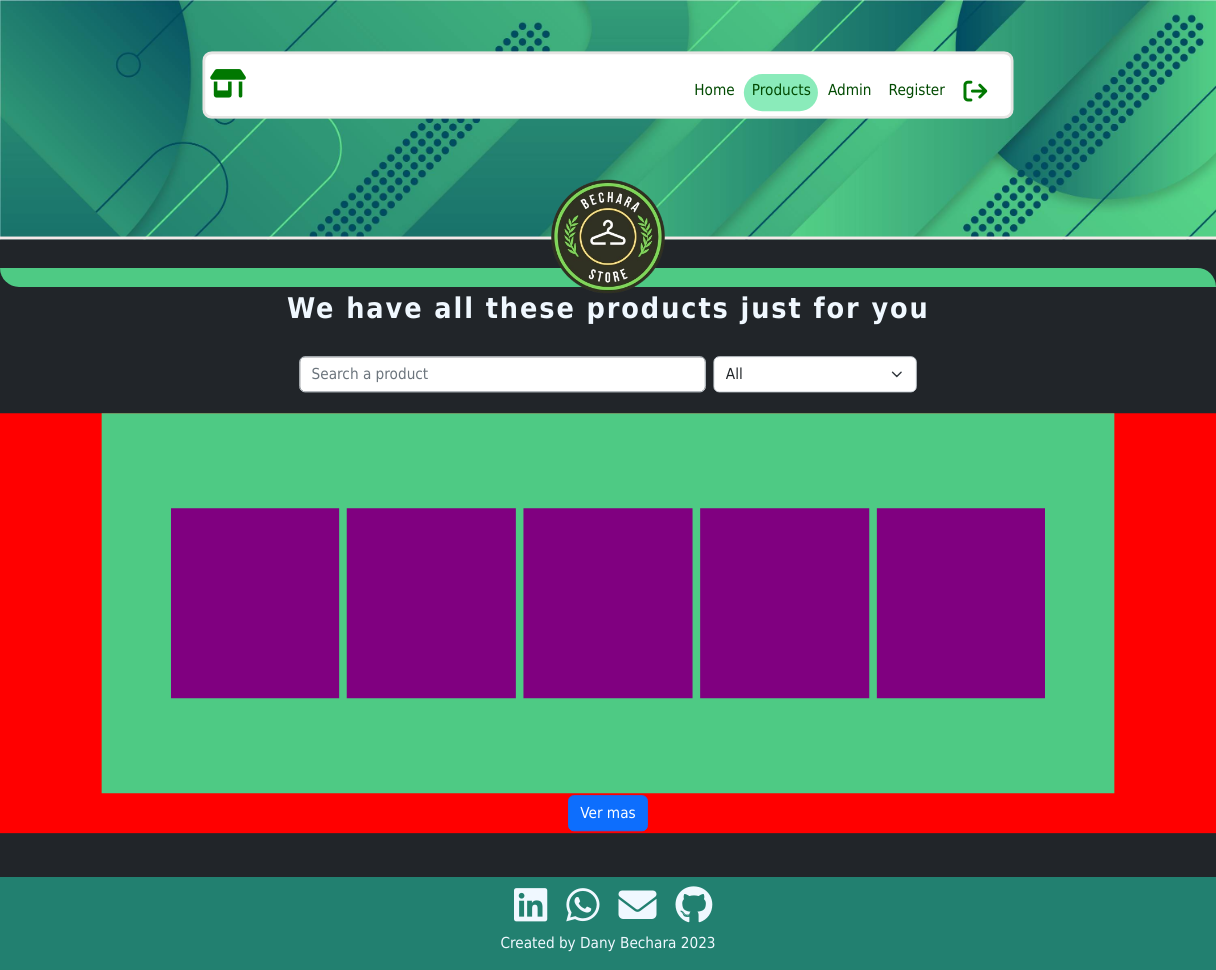
Repository: bechara611/becharastore
Page: /Products
The author's editor kept a copy of each file at every save. The page is drawn from the files as they stood at one save, then again after the next save.
The browser window is 1280 px wide. The pictures show the whole page, at 95% of full size.
Backgrounds fixed to the window are drawn as part of the page. The project was rebuilt for these pictures with package versions that can differ from the ones it lists, and the page was loaded fresh each time. Some packages were replaced by stand-ins written for this rebuild. Also part of the build but not shown: src/hooks/useAuth.jsx, src/hooks/useForm.jsx, src/Auth/components/LoginAndRegister.css, src/Auth/components/Login.jsx, src/Auth/components/Register.jsx, src/UI/helper/ElementoActivo.js, src/UI/Components/FormularioContacto.css, src/UI/Components/FormularioContacto.jsx and 1 more.

Above is the page before, as saved 2023-02-02 08:59:59.

### public/index.html
<!DOCTYPE html>
<html lang="en">
  <head>
    <meta charset="utf-8" />
    <link rel="icon" href="%PUBLIC_URL%/favicon.ico" />
    <meta name="viewport" content="width=device-width, initial-scale=1" />
    <meta name="theme-color" content="#000000" />
    <meta
      name="description"
      content="Web site created using create-react-app"
    />
    <link rel="apple-touch-icon" href="%PUBLIC_URL%/logo192.png" />
    <link rel="preconnect" href="https://fonts.googleapis.com">
    <link rel="stylesheet" href="https://cdnjs.cloudflare.com/ajax/libs/font-awesome/6.2.1/css/all.min.css" integrity="sha512-MV7K8+y+gLIBoVD59lQIYicR65iaqukzvf/nwasF0nqhPay5w/9lJmVM2hMDcnK1OnMGCdVK+iQrJ7lzPJQd1w==" crossorigin="anonymous" referrerpolicy="no-referrer" />
<link rel="preconnect" href="https://fonts.gstatic.com" crossorigin>
<link rel="preconnect" href="https://fonts.googleapis.com">
<link rel="preconnect" href="https://fonts.gstatic.com" crossorigin>
<link href="https://fonts.googleapis.com/css2?family=Montserrat:ital,wght@0,100;0,200;0,300;0,400;0,500;0,600;0,700;0,800;0,900;1,100;1,200;1,300;1,500;1,700;1,800;1,900&family=Shadows+Into+Light&display=swap" rel="stylesheet">
<link rel="stylesheet"href="https://fonts.googleapis.com/css?family=Roboto:300,400,500,700&display=swap"/>
<!--
      manifest.json provides metadata used when your web app is installed on a
      user's mobile device or desktop. See https://developers.google.com/web/fundamentals/web-app-manifest/
    -->
    <link rel="manifest" href="%PUBLIC_URL%/manifest.json" />
    <!--
      Notice the use of %PUBLIC_URL% in the tags above.
      It will be replaced with the URL of the `public` folder during the build.
      Only files inside the `public` folder can be referenced from the HTML.

      Unlike "/favicon.ico" or "favicon.ico", "%PUBLIC_URL%/favicon.ico" will
      work correctly both with client-side routing and a non-root public URL.
      Learn how to configure a non-root public URL by running `npm run build`.
    -->

<link href="https://cdn.jsdelivr.net/npm/bootstrap@5.2.3/dist/css/bootstrap.min.css" rel="stylesheet" >


  </head>
  <body>
    <noscript>You need to enable JavaScript to run this app.</noscript>
    <div id="root"></div>
    <!--
      This HTML file is a template.
      If you open it directly in the browser, you will see an empty page.

      You can add webfonts, meta tags, or analytics to this file.
      The build step will place the bundled scripts into the <body> tag.

      To begin the development, run `npm start` or `yarn start`.
      To create a production bundle, use `npm run build` or `yarn build`.
    -->
    <script src="https://cdn.jsdelivr.net/npm/bootstrap@5.2.3/dist/js/bootstrap.bundle.min.js" integrity="sha384-kenU1KFdBIe4zVF0s0G1M5b4hcpxyD9F7jL+jjXkk+Q2h455rYXK/7HAuoJl+0I4" crossorigin="anonymous"></script>
  </body>

</html>

### src/index.css

:root {
    --verde1: rgb(2, 74, 2);
    --verde2:rgb(1, 120, 1);
    --verde3:rgb(23, 215, 119,.5);
    --verde4:rgba(78,202,132,255);
    --verde5:rgba(34,128,112,255);
  }


*{
    color: aliceblue;
    /* font-family: 'Montserrat', sans-serif; */
    font-family: 'Droid Sans', Tahoma, Geneva, Verdana, sans-serif;

}

.fondito{
    background: red;
}
.fondito2{
    background: purple;
}

### src/App.jsx
import React, { useEffect } from 'react'
import { Caparazon } from './UI/Components/Caparazon'
import { ContenedorPrincipal } from './UI/Components/ContenedorPrincipal'
import { Header } from './UI/Components/Header'
import { Footer } from './UI/Components/Footer'
import { MainCuerpo } from './UI/Components/MainCuerpo'
import { useDispatch, useSelector } from 'react-redux'
import { onResetError } from './UI/slice/uiSlice'
import Swal from 'sweetalert2'
export const App = () => {
  const uiEstado = useSelector((state)=>state.ui)
  const dispatch = useDispatch()
  useEffect(() => {
    if(uiEstado.error!==null){
      console.log(uiEstado.error)
      Swal.fire('Error',uiEstado.error,'error')
      dispatch(onResetError())

    }
  // eslint-disable-next-line react-hooks/exhaustive-deps
  }, [uiEstado.error])

  return (
    <>
      {/*Primero el caparazon de la pagina, que es un div que tiene un 100vh de altura, el cual en el obtiene a sus children:
    esto children son el Header ocupando el 30vh y el Contenedor Principal ocupando el 70vh restante.
  */}
      <Caparazon>
        <Header></Header>
        <ContenedorPrincipal> {/*El contenedor principal a su vez lleva sus hijos dos elementos, el footer que le pusimos absolute para ubicarlo de ultimo y el MainCuerpo que tienes las rutas */}
          <MainCuerpo></MainCuerpo>{/*Este MainCuerpo tiene las rutas de la aplicacion, es el main de la pagina y lo que va a cambiar dependiendo donde estemos */}


          <Footer></Footer>  {/*Este es el footer que utilizamos para el pie de pagina, tiene posicion absolute como dije anteriormnete */}
        </ContenedorPrincipal>


      </Caparazon>
    </>

  )
}

### src/store/Store.jsx
import { configureStore } from "@reduxjs/toolkit"
import authSlice from "../Auth/slice/authSlice"
import uiSlice from "../UI/slice/uiSlice"


export const store= configureStore({
    reducer:{
        auth:authSlice.reducer,
        ui:uiSlice.reducer
    },
    middleware:(getDefaultMiddleware)=>{
        return getDefaultMiddleware({serializableCheck:false})
    }
})

### src/UI/Components/Caparazon.jsx
import React from 'react'
import './Caparazon.css'
export const Caparazon = ({ children }) => {
    return (
        <>
{/*Caparazon princiapal donde el mismo tiene un flex en colum, adentro tiene sus hijos que son un div que
ocupe el 70vh donde eesta todo lo demas y el 30vh primero es del header */}
            <div className='caparazonPrincipal bg-dark'>

                {children}

            </div>
        </>
    )
}

### src/UI/Components/ContenedorPrincipal.jsx
import React from 'react'
import './ContenedorPrincipal.css'
export const ContenedorPrincipal = ({ children }) => {
  return (
    <div className='ContenedorPrincipal'>
    {/*Aca de hijos tendran las rutas para verse en el medio y el footer, este tiene un position relative para que su hijo footer pueda
  ubicarse en la parte de abajo */}
      {children}
    </div>
  )
}

### src/UI/Components/Header.jsx
import React from 'react'
import './Header.css'
import { MenuNavbar } from './MenuNavbar'
import brand from './../../img/brand2.png'


export const Header = () => {
  return (
    <>
      {/*El header ocupa el 30vh de la pagina, el primer div lo tiene, aca se incorpora el nav y el logo. */}
      <div className="header">
        <div className="col-12">


          <MenuNavbar></MenuNavbar>
          <div className="row">
            <div className="col-12 filaLogoHeader">
              <img src={brand} className='brand animate__animated animate__flip' id='brand' alt="brand" />

            </div>
          </div>

        </div>

      </div>



    </>
  )
}

### src/UI/Components/Footer.jsx
import React from 'react'
import './Footer.css'


let linkdn="https://linkedin.com/in/DanyBechara";
let correo="mailto:bechara611@gmail.com";
let blank='_blank';
let github='https://github.com/bechara611';
let whatssap='https://wa.me/584120361952';

export const Footer = () => {
  return (
    <>
      {/*Aca este footer le estamos colocando una posicion absolute y a su padre relativa para poder ubicarlo al final de su div padre */}
      <div className="footer col-12 mt-5 pt-1">
      <a href={linkdn} target={blank} className='animate__animated animate__lightSpeedInLeft'><i className=" linkdin fa-brands fa-linkedin iconoRedes"></i></a>
      <a href={whatssap} target={blank}  className='animate__animated animate__lightSpeedInLeft'><i className="whatssap fa-brands fa-whatsapp iconoRedes"></i></a>
      <a href={correo} target={blank}  className='animate__animated animate__lightSpeedInLeft'><i className="gmail fa-solid  fa-envelope iconoRedes"></i></a>
      <a href={github} target={blank}  className='  animate__animated animate__lightSpeedInLeft'><i className=" github fa-brands fa-github iconoRedes"></i></a>

     <div className="col-12 contenedor-mensaje-footer mt-1">
     <div className="col-12 contenedor-mensaje-footer">
     <p className='mensaje'>Created by Dany Bechara {new Date().getFullYear().toString()}</p>
     </div>

     </div>
      </div>
    </>

  )
}

### src/UI/Components/MainCuerpo.jsx
import React from 'react'
import { RouterApp } from '../../router/Routes'
import './MainCuerpo.css'

export const MainCuerpo = () => {

  return (
    <>
    {/*Aca se guardan las rutas como tal de la aplicacion y es llamado adentro de contenedorPrincipal */}
    <RouterApp></RouterApp>
    <div className='mb-5 pb-5'></div>
    </>
    )
}

### src/UI/slice/uiSlice.jsx
const { createSlice } = require("@reduxjs/toolkit");

const initialState={
    error:null
}
const uiSlice = createSlice({
    name:'ui',
    initialState,
    reducers:{//este reducer es para activar o desactivar un error siempre en pantalla dependiendo si cambia el estado, el mismo
        //activa una funcion que se encuentra en el archivo App.jsx, donde mostrar una ventana emergente de error en caso de que no sea null y al mismo tiempo por alla la desactiva
              // dispatch(onAsignarError({error:'Esto es un error desde el nav'}))
        onAsignarError:(state,action)=>{
            state.error=action.payload.error
        },
        onResetError:(state,action)=>{
            state.error=null
        }
    }
})

export default uiSlice;
export const {onAsignarError,onResetError} = uiSlice.actions;

### src/Auth/slice/authSlice.jsx
import { createSlice } from "@reduxjs/toolkit";

const initialState = {
    user: {
        token: 'abc123',
        _id: 1,
        name: 'Dany',
        email: 'Bechara611@gmail.com',
        level: 'admin'
    },
    status: 'logueado',
    initialDate: new Date()
}

const authSlice = createSlice({
    name: 'auth',
    initialState,
    reducers: {
        MostrarEnConsola: (state, action) => {
            console.log('Hola mundo')
        },
        onLogout: (state, action) => {

            state.status = 'no-logueado'
            state.user = {
                token: null,
                _id: null,
                name: null,
                email: null,
                level: null
            }
            state.initialDate = null;
        },
        onLogin: (state, {payload}) => {
             state.user = {
                 token: payload.token,
                 _id: payload._id,
                 name: payload.name,
                 email: payload.email,
                 level: payload.level
             }
            state.status = 'logueado'
            state.initialDate = new Date();
        },

    },

})

export const { MostrarEnConsola, onLogout, onLogin } = authSlice.actions;
export default authSlice

### src/UI/Components/Caparazon.css
/*Estilos del caparazon como tal principal*/
    /*Aca colocamos que el caparazonPrincipal ocupa toda la pantalla, y una direccion en column para que el header sea de 30vh y el resto el otro div  */
.caparazonPrincipal{
    display: flex;
    flex-direction: column;
    justify-content: space-between;
    min-height: 100vh;
  overflow-x: hidden;
  overflow-y: visible;
}

### src/UI/Components/ContenedorPrincipal.css
/*Aca al contenedor ponemos positionRelative para que el footer pueda tener una posicion absoluta y se pueda posicionar al final*/
.ContenedorPrincipal{
    min-height: 65vh;

    position: relative;
}

### src/UI/Components/Header.css
.header {
    display: flex;
    background: rgb(157, 240, 194) url("./../../img/Header2.jpg");
    background-color: rgb(18, 18, 18);
    background-repeat: no-repeat;
    background-attachment: fixed;
    background-size: cover;
    background-position: top center;
    min-height: 30%;
    height: 35vh;
    max-height: 35vh;
    width: 100%;
    min-width: 100%;
    position: relative;
    border-bottom: 3px solid rgb(244, 233, 233);
}

/*Aca estoy posicion en el medio el logo como tal del header y luego abajo le pongo una posicion absolute para moverlo*/
.filaLogoHeader {
    display: flex;
    flex-direction: row;
    justify-content: center;

}

.brand {
    width: 150px;
    height: 150px;
    max-height: 150px;
    max-width: 150px;
    min-height: 150px;
    position: absolute;
    bottom: -30%;
  z-index: 1000;

}

/*?RESPONSIVE*/


@media(max-width:500px){

    .brand {
        width: 100px;
        height:100px;
        max-height: 100px;
        max-width: 100px;
        min-height: 10px;
        position: absolute;
        z-index: 1;
        bottom: -20%;

    }
}

### src/UI/Components/MenuNavbar.jsx
import React, { useEffect } from 'react'
import { useDispatch, useSelector } from 'react-redux';
import { NavLink } from 'react-router-dom';
import { onLogout } from '../../Auth/slice/authSlice';
import { Animacionlogo } from '../helper/AnimacionAlLogo';

import './MenuNavbar.css'

export const MenuNavbar = () => {
    const authEstado = useSelector((state)=>state.auth);
    useEffect(() => {
        /**Esta parte es para colocarle al nombre del boton register cuando los dispositivos sean pequenos */
        if (window.screen.width < 350) {
            const boton = document.getElementById('navLogout');
            boton.innerHTML = 'Logout'
        }

    }, [])
    const dispatch = useDispatch();
    return (
        <>
            {/**Aca va el navBar de la aplicacion que tendra el menu */}
            <div className="col-12 contenedor-nav">
                <nav className="navbar navbar-expand-md  menunav col-8 ">


                  <NavLink to={'/'}> <i className="fa-solid fa-shop marca"></i></NavLink>


                    <button
                        className="navbar-toggler"
                        type="button"
                        data-bs-toggle="collapse"
                        data-bs-target="#navbarNavAltMarkup"
                        aria-controls="navbarNavAltMarkup"
                        aria-expanded="false"
                        aria-label="Show / Hide Menu"
                    >
                        <span className="navbar-toggler-icon"></span>
                    </button>
                    <div className="collapse navbar-collapse mt-3" id="navbarNavAltMarkup">
                        <div className="navbar-nav col-12  contenedor-interno-nav">
                            <NavLink className={ ({isActive}) => `nav-item nav-link  ${ isActive ? 'activeLink':'' }` } to={'/'} onClick={()=>Animacionlogo()}>
                            Home</NavLink>

                            <NavLink className={ ({isActive}) => `nav-item nav-link  ${ isActive ? 'activeLink':'' }` } to={'/Products'} onClick={()=>Animacionlogo()}>Products</NavLink>
                            <NavLink className={ ({isActive}) => `nav-item nav-link  ${ isActive ? 'activeLink':'' }` } to={'/admin'} onClick={()=>Animacionlogo()}>Admin</NavLink>
                            <NavLink className={ ({isActive}) => `nav-item nav-link  ${ isActive ? 'activeLink':'' }` } to={'/Register'} onClick={()=>Animacionlogo()}>Register</NavLink>
                            {
                                authEstado.status==='logueado' ?
                                <NavLink id='navLogout' className={ ({isActive}) => `nav-item nav-link ` } to={'/'} onClick={()=>{Animacionlogo()
                                    dispatch(onLogout())

                                    }}> <i title='Logout' className="fa-solid fa-arrow-right-from-bracket logout-icono"></i></NavLink>

                             :
                              <>
                              <NavLink className={ ({isActive}) => `nav-item nav-link   ${ isActive ? 'activeLink':'' }` } to={'/auth'} onClick={()=>Animacionlogo()}>Login</NavLink>
                              </>
                            }


                            </div>
                    </div>
                </nav>
            </div>
        </>
    )
}

### src/UI/Components/Footer.css
.footer{

    background: var(--verde5);
    position: absolute;
    bottom: 0%;
    display: flex;
    flex-direction: row;
    justify-content: center;
    text-align: center;
    align-items: center;
    justify-items: center;
 flex-wrap: wrap;

}

.iconoRedes{
    font-size: 40px;
    padding-left: 10px;
    margin: 5px;
}

.github:hover{
    color: #6e5494;

}

.whatssap:hover{
color: #25d366;
}

.gmail:hover{
color:#cc0000;
}
.linkdin:hover{
color:#00a0dc;
}

.contenedor-mensaje-footer{
    display: flex;
    flex-direction: row;
    justify-content: center;
    text-align: center;
    align-items: center;
    justify-items: center;
}

/*?RESPONSIVE*/

@media(max-width:255px){
    .iconoRedes{
        font-size: 30px;
        padding-left: 5px;
    }
    .mensaje{
        font-size: 10px;
    }
}

### src/router/Routes.jsx
import React from 'react'
import { Navigate, Route, Routes } from 'react-router-dom'
import { Login } from '../Auth/components/Login'
import { Register } from '../Auth/components/Register'
import { ListadoProductos } from '../Products/components/ListadoProductos'
import { Home } from '../UI/Components/Home'

/*Este componente es nuestro router, que segun la URL donde estemos mostrada:
1) Una pagina Home
2) Pagina de registro
3) Pagina de login
4) Pagina de Productos
*/

export const RouterApp = () => {
  return (
    <Routes>
    <Route path='/' element={<Home></Home>}></Route>
    <Route path='/auth' element={<Login></Login>}></Route>
    <Route path='/Register' element={<Register></Register>}></Route>
    <Route path='/Products' element={<ListadoProductos></ListadoProductos>}></Route>
    <Route path='/admin' element={<h1>Admin</h1>}></Route>
    <Route path='/*' element={<Navigate to={'/'}></Navigate>}></Route>
    </Routes>
  )
}

### src/UI/Components/MenuNavbar.css
.contenedor-nav {
    position: fixed;
    display: flex;
    flex-direction: row;
    justify-content: center;
    align-self: center;
    align-items: center;
    position: absolute;
    bottom: 50%;
    z-index: 2;

}
.marca{
 font-size: 30px;
 color: black;
 color: var(--verde2);
 padding-right: 10px;

}
.marca:hover{
    color: var(--verde5);
}
.logout-icono{
    font-size: 25px;
    color: black;
    color: var(--verde2);
    padding-right: 10px;

   }
.logout-icono:hover{
    color: var(--verde5);
}

.menunav {
    background: rgba(255, 255, 255, 1);
    border-radius: 10px;
    padding: 5px;
    border: 3px solid rgba(205, 204, 200, 0.5);
    flex-wrap: wrap;
    display: flex;

}

/*Esta parte es el contenedor que tiene el navbar de los navLink es decir, menu como tal.
Estoy diciendo que normalmente estaran a la derecha.
*/
.contenedor-interno-nav {
    display: flex;
    flex-direction: row;
    justify-content: flex-end;
    flex-wrap: wrap;

}
/*Diseno a los links como tal*/
.nav-link{
    margin-left: 2px;
    color: var(--verde1);
    font-weight: 400;
    background: rgb(44, 232, 138,0);
    border-radius: 30px;
    padding: 5px;

}
.nav-link:hover{
   color: var(--verde2)

}
.activeLink{  background: var(--verde3);
    border-radius: 30px;}

/**-----------------------------------------------------------------------------*/

/*?RESPONSIVE*/

/*Para este apartado cuando llegue a cierto tamaño como tal el nav se pondra mas abajo para que al darle al boton se abra y se pueda apreciar y no quede muy arriba*/
@media(max-width:500px) {
    .contenedor-nav {
       position: sticky;

    }
    /*Aca haces que el navBar tenga todo el tamaño al llegar a dispositivos pequeños*/
    .menunav {
        width: 100%;

    }
}

/*SERIE DE RESPONSIVES A LOS PADDING DE LAS OPCIONES DEL MENU*/

@media(max-width:375px){
    .nav-link{
        margin-left: 5px;
    }
}

@media(max-width:262px){
    .nav-link{
        margin-left: 10px;
    }
    .menunav{
        justify-content: center;
        text-align: center;
        align-items: center;
        align-self: center;
    }
}

/*Necesidad de que el nav el menu se pongan o separados o uno debajo del otro cuando se active el boton del collapse*/
@media(max-width:992px) {
    .contenedor-interno-nav {
        justify-content: space-around;
    }
}

### src/Products/components/ListadoProductos.css
.separador2{
    color: var(--verde4);
    background-color: var(--verde4);
    height: 20px;
    margin-top: 30px;
    margin-bottom: 5px;
    border-end-start-radius: 100px;
    border-top-right-radius: 100px;

}

.contenedor-busqueda{
    display: flex;
    flex-direction: row;
    justify-content: center;
    align-items: center;

    margin-top: 10px;
    padding: 10px;
}


.opcionSelect{
    color: black;
}

.contenedor-productos-padre{
    display: flex;
    flex-direction: row;
    justify-content: center;
    flex-wrap: wrap;
}
.contenedor-productos-hijo{
    height: 400px;
    background: var(--verde4);
    display: flex;
    flex-direction: row;
    justify-content: center;
    justify-items: center;
    justify-self: center;
}
.contenedor-producto-hijoJr{
    height: 50%;
    align-self: center;
}

.contenedor-vermas{
    padding: 2px;
    display: flex;
    flex-direction: row;
    justify-content: center;
    justify-items: center;
    justify-self: center;
}

### src/UI/Components/Home.css
.PadreHome {
    justify-content: center;
    display: flex;
    flex-wrap: wrap;
    align-items: center;
    justify-items: center;

}

.separador {
    color: var(--verde5);
    background-color: var(--verde5);
    height: 20px;
    margin-top: 30px;
    margin-bottom: 5px;
    border-end-start-radius: 100px;
    border-top-right-radius: 100px;

}

.contenedor-imagen {}

.cajaImagen{
    border-bottom: 2px solid var(--verde5);
    border-radius: 10px;

}

.contenedor-escrito {
    display: flex;
    flex-direction: row;
    justify-content: center;
    flex-wrap: wrap;
    justify-content: center;
    text-align: center;
}

.contenedor-titulo {
    display: flex;
    justify-content: center;
    justify-items: center;
    justify-self: center;
    align-items: center;
    flex-wrap: wrap;
    text-align: center;
}

.titulo {
    font-weight: 800;
    font-size: 30px;
    letter-spacing: 2px;


}

.contenedor-texto {
    text-align: center;
    justify-content: center;

}

.btn-texto{}



.contenedor-contacto{
    display: flex;
    flex-direction: row;
    justify-content: center;
    align-items: center;
    flex-wrap: wrap;
}
.titulo-contacto{
    font-weight: 400;
    font-size: 30px;
    letter-spacing: 2px;

}
/*CLASES PARA ANIMACIONES*/
.opacity0{
    opacity: 0;
}

/*?RESPONSIVE*/
@media(max-width:350px){
    .titulo {

        font-size: 25px;
        padding: 2px;


    }
    .titulo-contacto{
        font-size: 25px;
        padding: 2px;
    }
}

Loaded but not shown: src/index.js (18 lines, source omitted); src/UI/helper/AnimacionAlLogo.js (9 lines, source omitted); src/Products/components/ListadoProductos.jsx (73 lines, source omitted); src/UI/Components/MainCuerpo.css (no stored copy; drawn as an empty file)

After the next save:
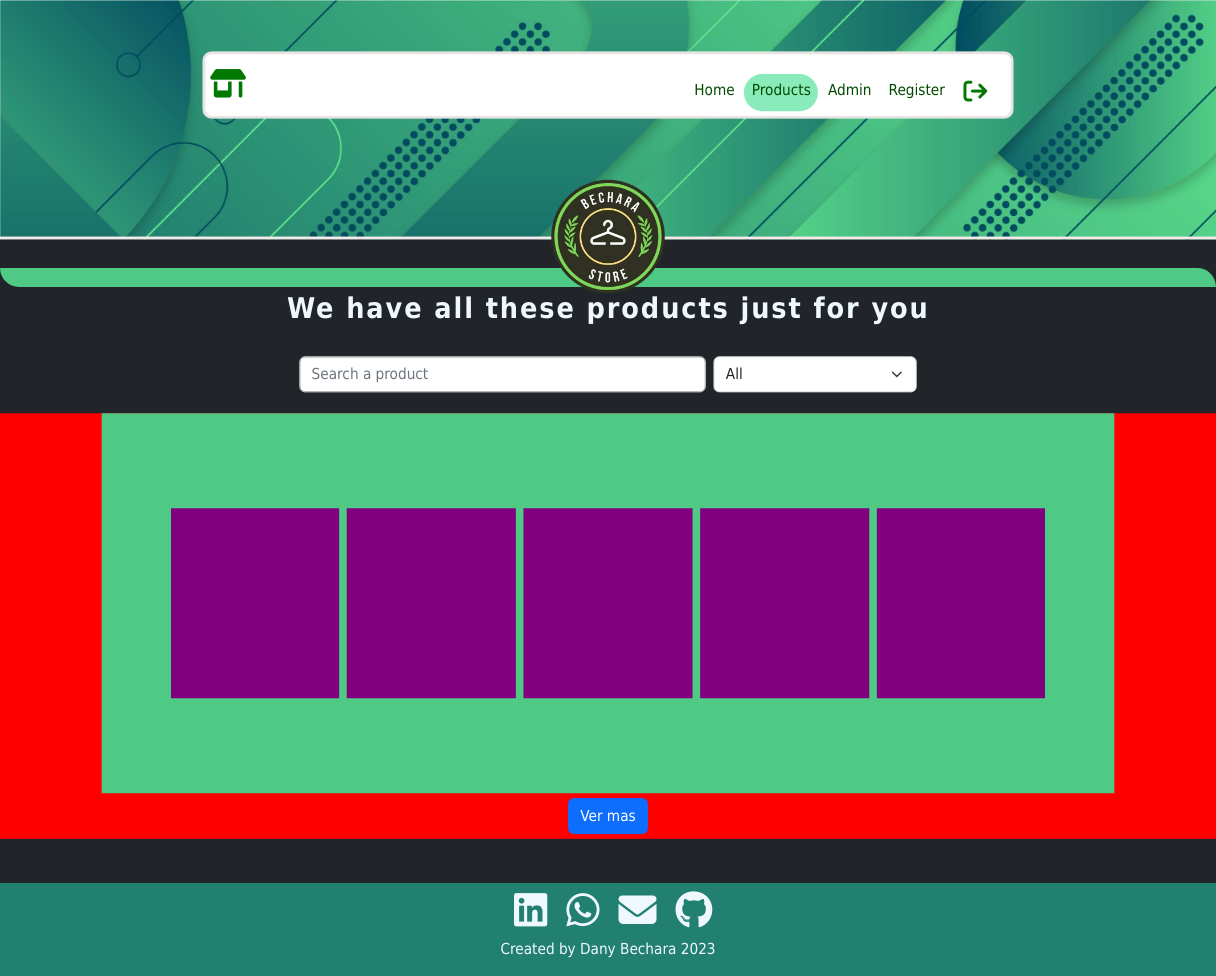
Saved 4 s later.
--- a/src/Products/components/ListadoProductos.css
+++ b/src/Products/components/ListadoProductos.css
@@ -45,7 +45,7 @@
 }
 
 .contenedor-vermas{
-    padding: 2px;
+    padding: 5px;
     display: flex;
     flex-direction: row;
     justify-content: center;
